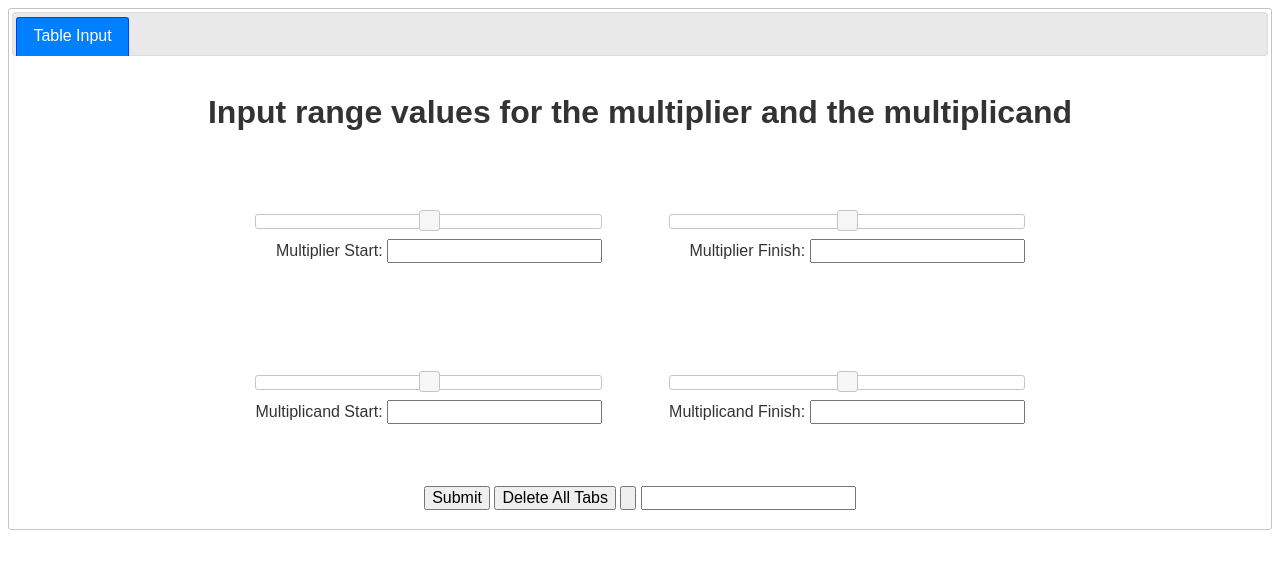
Repository: khrasna/HW4Part2
Page: index.html
An editor plug-in stored every save of this project. The page is shown before and after the next save, followed by the edit.
The browser window is 1280 px wide. The pictures show the whole page.
Some web libraries are served in a nearby version.

Above is the page before, as saved 2021-11-15 20:36:16.

After the next save:
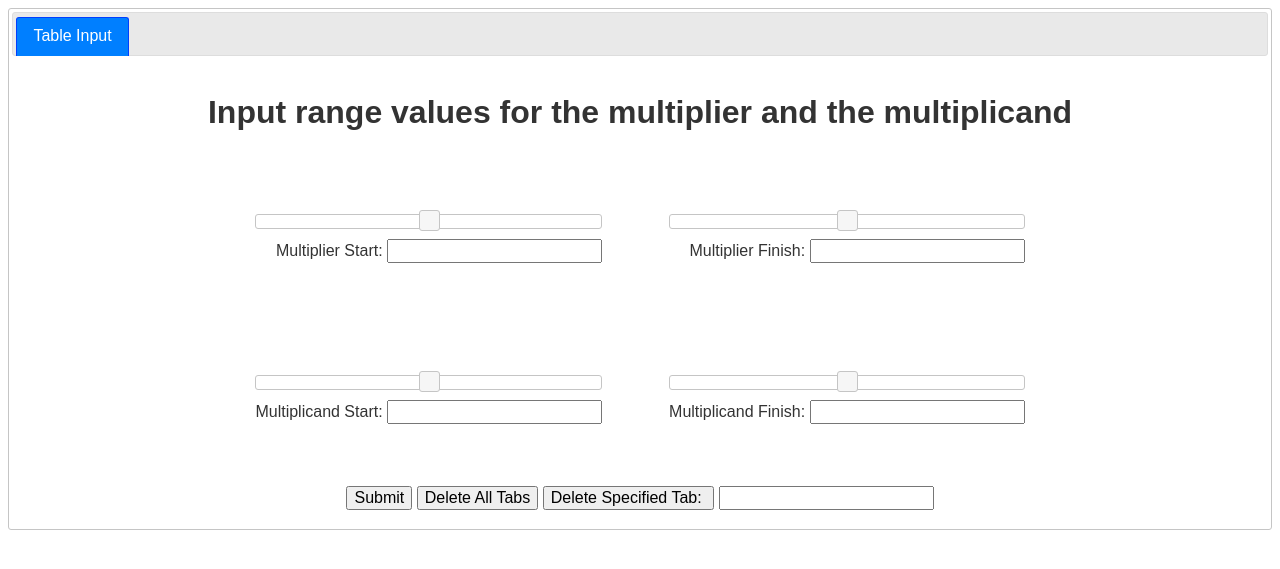
Saved 6 s later.
--- a/index.html
+++ b/index.html
@@ -52,7 +52,7 @@ By Karsten Hrasna  email Karsten_Hrasna@student.uml.edu-->
                 </table>
                 <input type="submit" value="Submit">
                 <input type="button" name="clear" value="Delete All Tabs">
-                <input type="button" name="clearx">
+                <input type="button" name="clearx" value="Delete Specified Tab: ">
                 <input type="text" name="clearinput">
                 <!--goes directly under form and processes the input to create a mult table-->
             </form>
